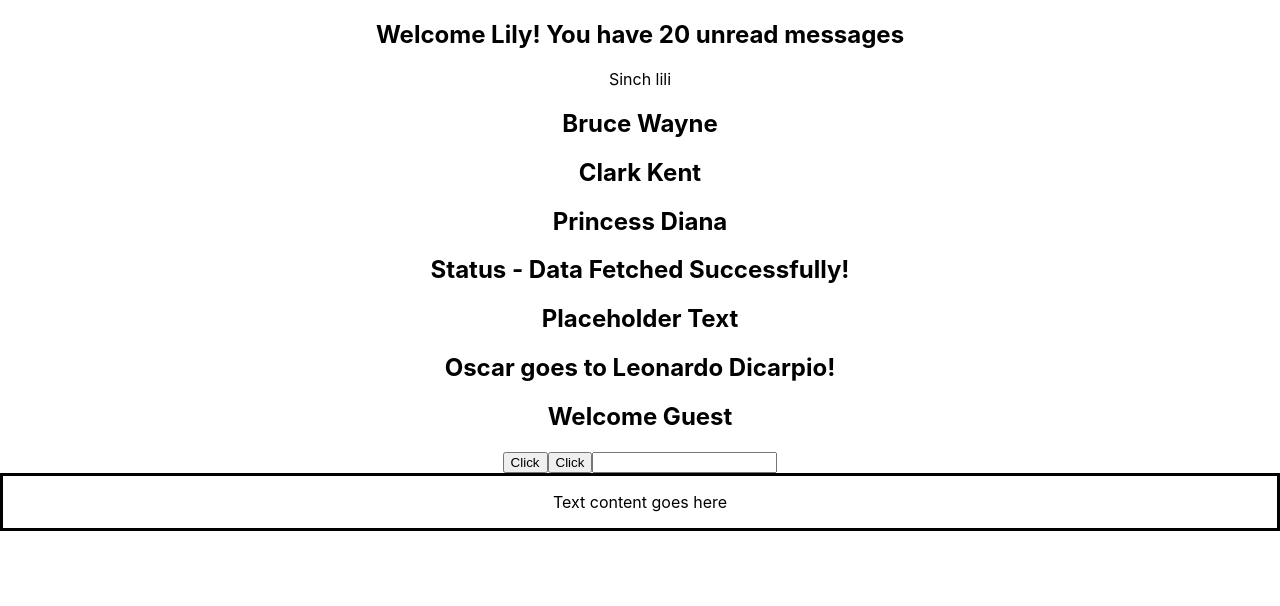
Repository: sinchana-P/react-typescript-demo
Page: /
The author's editor kept a copy of each file at every save. The page is drawn from the files as they stood at one save, then again after the next save.
The browser window is 1280 px wide. The pictures show the whole page.
The project was rebuilt for these pictures with package versions that can differ from the ones it lists, and the page was loaded fresh each time.

Above is the page before, as saved 2023-12-03 13:49:46.

### src/App.tsx
import { log } from 'console';
import './App.css';
import Button from './components/Button';
import { Greet } from './components/Greet';
import Heading from './components/Heading';
import Oscar from './components/Oscar';
import Person from './components/Person';
import PersonList from './components/PersonList';
import Status from './components/Status';
import { Input } from './components/Input';
import { Container } from './components/Container';

// Type Inference: hover on App Component: to see the return type of App Component.
function App() {

  const personName = {
    first: "Sinch",
    last: "lili"
  }

  const nameList = [
    {
      first: "Bruce",
      last: "Wayne"
    },
    {
      first: "Clark",
      last: "Kent"
    },
    {
      first: "Princess",
      last: "Diana"
    }
  ]

  return (
    <div className="App">
      <p></p>
      <Greet name="Lily" messageCount={20} isLoggedIn={ true } />
      <Person name={personName} />
      <PersonList names={nameList} />
      <Status status="success" />
      <Heading>Placeholder Text</Heading>
      <Oscar>
        <Heading>Oscar goes to Leonardo Dicarpio!</Heading>
      </Oscar>
      <Greet name="Lily" isLoggedIn={ false } />
      {/* 6. Event Props */}
      <Button handleClick={() => {
        console.log('Button Clicked');
      }} />
      <Button handleClick={(event, id) => {
        console.log('Button Clicked', event, id);
      }} />
      <Input value='' handleChange={event => console.log(event)} />

      {/* 7. Style Props  */}
      <Container styles={{ border: '3px solid black', padding: '1rem' }} />


    </div>
  );
}

export default App;

### src/components/Button.tsx
import React from 'react'

type ButtonProps = {
  // handleClick: () => void
  handleClick: (event: React.MouseEvent<HTMLButtonElement>, id: number) => void
}

const Button = (props: ButtonProps) => {
  return (
    <button onClick={(event) => props.handleClick(event, 1)}>Click</button>
  )
}

export default Button

### src/components/Greet.tsx
import React from 'react'

type GreetProps = {
    name: string
    messageCount?: number   // to make it optional
    isLoggedIn: boolean
}

export const Greet = (props: GreetProps) => {
  const { messageCount = 0 } = props     // destructuring object & assigning a default value
  return (
    <h2>
      {
        props.isLoggedIn
          ? `Welcome ${props.name}! You have ${messageCount} unread messages`
          : `Welcome Guest`
      }

    </h2>
  )
}

// export default Greet


// 2 benefits
// 1. Autocompletion of properties suggestion
// 2. Type Safety

// Types vs Interfaces
// 1. use Types - for Application
// 2. use Interfaces - for Libraries

### src/components/Heading.tsx
import React from 'react'

type HeadingProps = {
    children: string
}

const Heading = (props: HeadingProps) => {
  return (
      <h2>{props.children}</h2>
  )
}

export default Heading

### src/components/Oscar.tsx
import React from 'react'

type OscarProps = {
    // children: string   --- wrong ---
    children: React.ReactNode
}

const Oscar = (props: OscarProps) => {
  return (
      <div>{ props.children }</div>
  )
}

export default Oscar

### src/components/Person.tsx
import React from 'react'

import { PersonProps } from './Person.types'

// type PersonProps = {
//     name: {
//         first: string
//         last: string
//     }
// }

const Person = (props: PersonProps) => {
    return (
        <div>{ props.name.first }  { props.name.last }</div>
  )
}

export default Person

### src/components/PersonList.tsx
import React from 'react'

type PersonListProps = {
    names: {
        first: string
        last: string
    }[]     // array of objects
}

const PersonList = (props: PersonListProps) => {
  return (
      <div>

          {
              props.names.map((name, index) => {
                  return (
                      <h2 key={index}>{name.first} { name.last }</h2>
                  )
              })
          }

          {/* <h2>Bruce Wayne</h2>
          <h2>Clark Kent</h2>
          <h2>Princess Diana</h2> */}
    </div>
  )
}

export default PersonList

### src/components/Status.tsx
import React from 'react'

type StatusProps = {
    // status: string
    status: 'loading' | 'success' | 'error'
}

const Status = (props: StatusProps) => {
    let message;
    if (props.status === 'loading') {
        message = 'Loading...'
    } else if (props.status === 'success') {
        message = 'Data Fetched Successfully!'
    } else if (props.status === 'error') {
        message = 'Error Fetching Data'
    }
  return (
    <div>
          <h2>Status - { message }</h2>
    </div>
  )
}

export default Status

### src/components/Input.tsx
import React from 'react'

type InputProps = {
    value: string
    handleChange: (event: React.ChangeEvent<HTMLInputElement>) => void
}

export const Input = ({ value, handleChange }: InputProps) => {

    const handleInputChange = (event: React.ChangeEvent<HTMLInputElement>) => {
        console.log(event);
    }

    return <input type='text' value={value} onChange={handleInputChange} />
}


// export const Input = (props: InputProps) => {

//     const handleInputChange = (event: React.ChangeEvent<HTMLInputElement>) => {
//         console.log(event);
//     }

//     return <input type='text' value={props.value} onChange={handleInputChange} />
// }

// export const Input = (props: InputProps) => {
//   return <input type='text' value={props.value} onChange={props.handleChange} />
// }



// Note:
// It doesn't matter if u pass the event as a prop or define it within the component,
// Typing Event Arguments remain the same.

// 1. onClick
// 2. onChange

### src/components/Container.tsx
// 7. Style Props

import React from 'react'

type ContainerProps = {
    styles: React.CSSProperties
}

export const Container = (props: ContainerProps) => {
  return (
        <div style={props.styles}>
          Text content goes here
        </div>
        // <div style={{ border: '1px solid black', padding: '1rem' }}>
        //   Text content goes here
        // </div>
  )
}

Loaded but not shown: public/index.html (common file); src/index.tsx (common file); src/index.css (common file); src/reportWebVitals.ts (common file); src/App.css (common file)

After the next save:
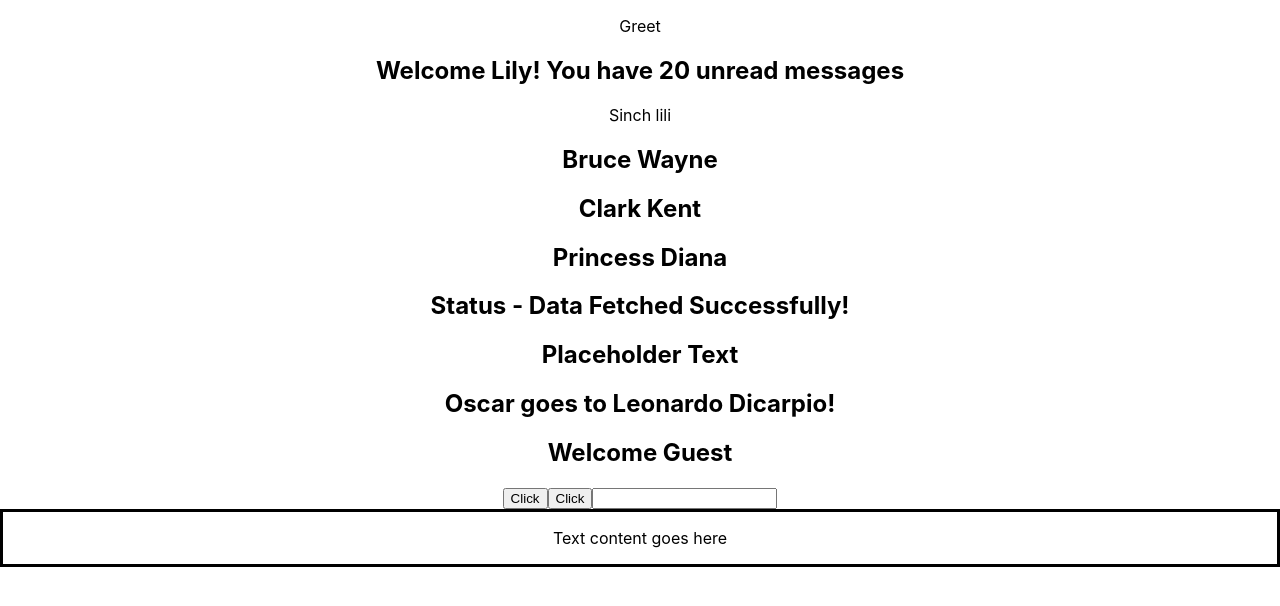
Saved 6 s later.
--- a/src/App.tsx
+++ b/src/App.tsx
@@ -35,7 +35,7 @@ function App() {
 
   return (
     <div className="App">
-      <p></p>
+      <p>Greet</p>
       <Greet name="Lily" messageCount={20} isLoggedIn={ true } />
       <Person name={personName} />
       <PersonList names={nameList} />
